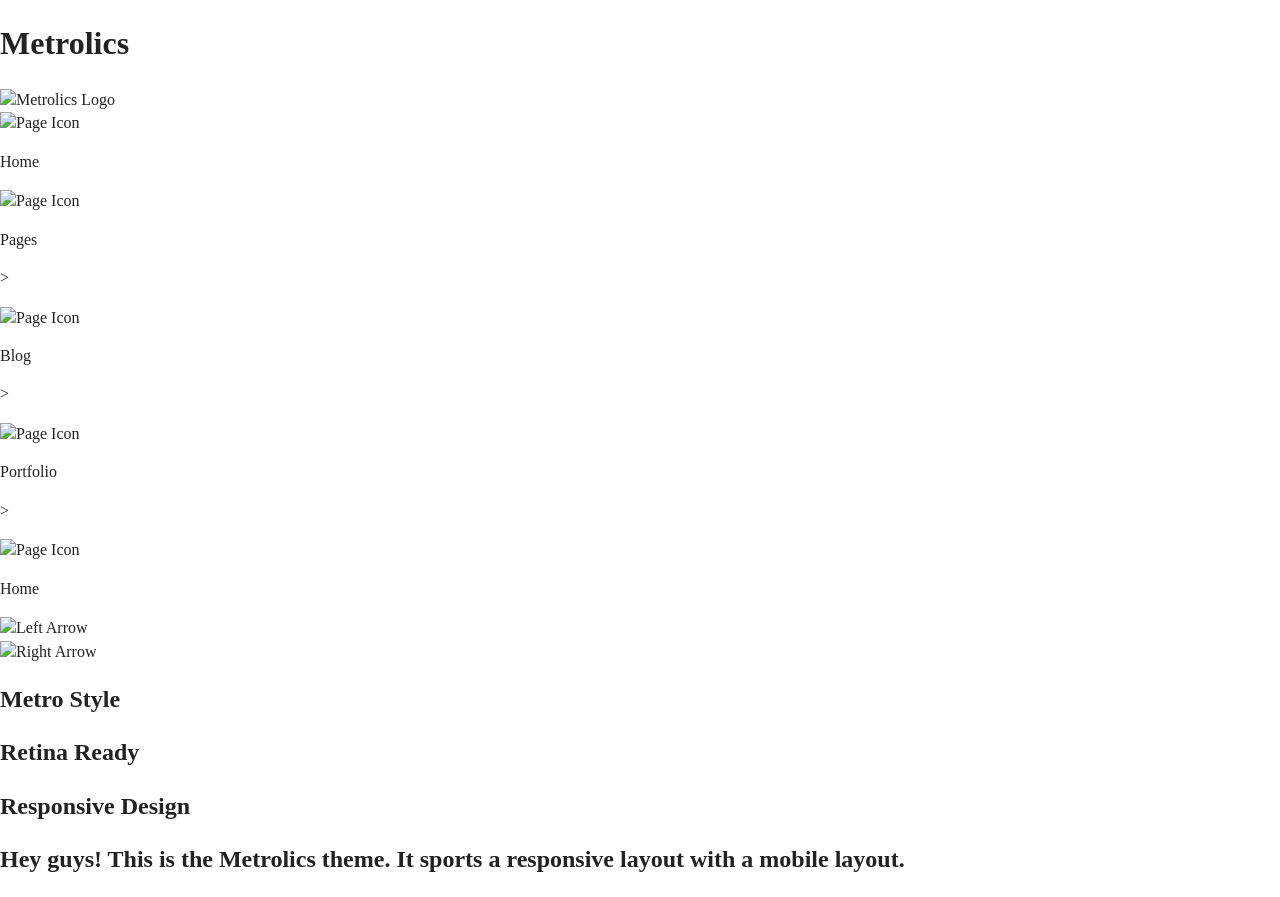
Repository: wilyyy/metrolics
Page: index.html
An editor plug-in stored every save of this project. The page is shown before and after the next save, followed by the edit.
The browser window is 1280 px wide. The pictures show the whole page.

Above is the page before, as saved 2021-01-26 23:16:12.

### index.html
<!doctype html>
<html class="no-js" lang="">

<head>
  <meta charset="utf-8">
  <title>Home - Metrolics</title>
  <meta name="description" content="">
  <meta name="viewport" content="width=device-width, initial-scale=1">

  <meta property="og:title" content="">
  <meta property="og:type" content="">
  <meta property="og:url" content="">
  <meta property="og:image" content="">

  <link rel="manifest" href="site.webmanifest">
  <link rel="apple-touch-icon" href="icon.png">
  <!-- Place favicon.ico in the root directory -->

  <link rel="stylesheet" href="css/normalize.css">
  <link rel="stylesheet" href="css/main.css">

  <meta name="theme-color" content="#fafafa">
</head>

<body>

  <nav>
    <div class="logo">
      <h1 class="logo">Metrolics</h1>
      <img src="" alt="Metrolics Logo">
    </div>

    <div class="pages-container">
      <div class="page-button home">
        <img src="" alt="Page Icon" class="page-button-icon">
        <div>
          <p>Home</p>
        </div>
      </div>
      <div class="page-button pages">
        <img src="" alt="Page Icon" class="page-button-icon">
        <div>
          <p>Pages</p>
          <p>></p>
        </div>
      </div>
      <div class="page-button blog">
        <img src="" alt="Page Icon" class="page-button-icon">
        <div>
          <p>Blog</p>
          <p>></p>
        </div>
      </div>
      <div class="page-button portfolio">
        <img src="" alt="Page Icon" class="page-button-icon">
        <div>
          <p>Portfolio</p>
          <p>></p>
        </div>
      </div>
      <div class="page-button home-darkblue">
        <img src="" alt="Page Icon" class="page-button-icon">
        <div>
          <p>Home</p>
        </div>
      </div>
    </div>
  </nav>


  <header>
    <div class="column"></div>

    <div class="hero-image">
      <div class="arrow-containers">
        <div class="arrows">
          <img src="" alt="Left Arrow">
        </div>
        <div class="arrows">
          <img src="" alt="Right Arrow">
        </div>
      </div>
      <div class="header-info">
        <div class="header-info-container">
          <div class="header-info-indicator indicator-blue"></div>
          <h2>Metro Style</h2>
        </div>
        <div class="header-info-container">
          <div class="header-info-indicator indicator-salmon"></div>
          <h2>Retina Ready</h2>
        </div>
        <div class="header-info-container">
          <div class="header-info-indicator indicator-yellow"></div>
          <h2>Responsive Design</h2>
        </div>
      </div>
    </div>

    <div class="column"></div>
  </header>


  <main>
    <h2>Hey guys! This is the Metrolics theme.
      It sports a responsive layout with a mobile layout.
    </h2>

    <div class="services-container">

    </div>
  </main>


  <footer></footer>


  <script src="js/vendor/modernizr-3.11.2.min.js"></script>
  <script src="js/plugins.js"></script>
  <script src="js/main.js"></script>

  <!-- Google Analytics: change UA-XXXXX-Y to be your site's ID. -->
  <script>
    window.ga = function () { ga.q.push(arguments) }; ga.q = []; ga.l = +new Date;
    ga('create', 'UA-XXXXX-Y', 'auto'); ga('set', 'anonymizeIp', true); ga('set', 'transport', 'beacon'); ga('send', 'pageview')
  </script>
  <script src="https://www.google-analytics.com/analytics.js" async></script>
</body>

</html>

### css/main.css
/*! HTML5 Boilerplate v8.0.0 | MIT License | https://html5boilerplate.com/ */

/* main.css 2.1.0 | MIT License | https://github.com/h5bp/main.css#readme */
/*
 * What follows is the result of much research on cross-browser styling.
 * Credit left inline and big thanks to Nicolas Gallagher, Jonathan Neal,
 * Kroc Camen, and the H5BP dev community and team.
 */

/* ==========================================================================
   Base styles: opinionated defaults
   ========================================================================== */

html {
  color: #222;
  font-size: 1em;
  line-height: 1.4;
}

/*
 * Remove text-shadow in selection highlight:
 * https://twitter.com/miketaylr/status/12228805301
 *
 * Vendor-prefixed and regular ::selection selectors cannot be combined:
 * https://stackoverflow.com/a/16982510/7133471
 *
 * Customize the background color to match your design.
 */

::-moz-selection {
  background: #b3d4fc;
  text-shadow: none;
}

::selection {
  background: #b3d4fc;
  text-shadow: none;
}

/*
 * A better looking default horizontal rule
 */

hr {
  display: block;
  height: 1px;
  border: 0;
  border-top: 1px solid #ccc;
  margin: 1em 0;
  padding: 0;
}

/*
 * Remove the gap between audio, canvas, iframes,
 * images, videos and the bottom of their containers:
 * https://github.com/h5bp/html5-boilerplate/issues/440
 */

audio,
canvas,
iframe,
img,
svg,
video {
  vertical-align: middle;
}

/*
 * Remove default fieldset styles.
 */

fieldset {
  border: 0;
  margin: 0;
  padding: 0;
}

/*
 * Allow only vertical resizing of textareas.
 */

textarea {
  resize: vertical;
}

/* ==========================================================================
   Author's custom styles
   ========================================================================== */

/* ==========================================================================
   Helper classes
   ========================================================================== */

/*
 * Hide visually and from screen readers
 */

.hidden,
[hidden] {
  display: none !important;
}

/*
 * Hide only visually, but have it available for screen readers:
 * https://snook.ca/archives/html_and_css/hiding-content-for-accessibility
 *
 * 1. For long content, line feeds are not interpreted as spaces and small width
 *    causes content to wrap 1 word per line:
 *    https://medium.com/@jessebeach/beware-smushed-off-screen-accessible-text-5952a4c2cbfe
 */

.sr-only {
  border: 0;
  clip: rect(0, 0, 0, 0);
  height: 1px;
  margin: -1px;
  overflow: hidden;
  padding: 0;
  position: absolute;
  white-space: nowrap;
  width: 1px;
  /* 1 */
}

/*
 * Extends the .sr-only class to allow the element
 * to be focusable when navigated to via the keyboard:
 * https://www.drupal.org/node/897638
 */

.sr-only.focusable:active,
.sr-only.focusable:focus {
  clip: auto;
  height: auto;
  margin: 0;
  overflow: visible;
  position: static;
  white-space: inherit;
  width: auto;
}

/*
 * Hide visually and from screen readers, but maintain layout
 */

.invisible {
  visibility: hidden;
}

/*
 * Clearfix: contain floats
 *
 * For modern browsers
 * 1. The space content is one way to avoid an Opera bug when the
 *    `contenteditable` attribute is included anywhere else in the document.
 *    Otherwise it causes space to appear at the top and bottom of elements
 *    that receive the `clearfix` class.
 * 2. The use of `table` rather than `block` is only necessary if using
 *    `:before` to contain the top-margins of child elements.
 */

.clearfix::before,
.clearfix::after {
  content: " ";
  display: table;
}

.clearfix::after {
  clear: both;
}

/* ==========================================================================
   EXAMPLE Media Queries for Responsive Design.
   These examples override the primary ('mobile first') styles.
   Modify as content requires.
   ========================================================================== */

@media only screen and (min-width: 35em) {
  /* Style adjustments for viewports that meet the condition */
}

@media print,
  (-webkit-min-device-pixel-ratio: 1.25),
  (min-resolution: 1.25dppx),
  (min-resolution: 120dpi) {
  /* Style adjustments for high resolution devices */
}

/* ==========================================================================
   Print styles.
   Inlined to avoid the additional HTTP request:
   https://www.phpied.com/delay-loading-your-print-css/
   ========================================================================== */

@media print {
  *,
  *::before,
  *::after {
    background: #fff !important;
    color: #000 !important;
    /* Black prints faster */
    box-shadow: none !important;
    text-shadow: none !important;
  }

  a,
  a:visited {
    text-decoration: underline;
  }

  a[href]::after {
    content: " (" attr(href) ")";
  }

  abbr[title]::after {
    content: " (" attr(title) ")";
  }

  /*
   * Don't show links that are fragment identifiers,
   * or use the `javascript:` pseudo protocol
   */
  a[href^="#"]::after,
  a[href^="javascript:"]::after {
    content: "";
  }

  pre {
    white-space: pre-wrap !important;
  }

  pre,
  blockquote {
    border: 1px solid #999;
    page-break-inside: avoid;
  }

  /*
   * Printing Tables:
   * https://web.archive.org/web/20180815150934/http://css-discuss.incutio.com/wiki/Printing_Tables
   */
  thead {
    display: table-header-group;
  }

  tr,
  img {
    page-break-inside: avoid;
  }

  p,
  h2,
  h3 {
    orphans: 3;
    widows: 3;
  }

  h2,
  h3 {
    page-break-after: avoid;
  }
}

### js/plugins.js
// Avoid `console` errors in browsers that lack a console.
(function() {
  var method;
  var noop = function () {};
  var methods = [
    'assert', 'clear', 'count', 'debug', 'dir', 'dirxml', 'error',
    'exception', 'group', 'groupCollapsed', 'groupEnd', 'info', 'log',
    'markTimeline', 'profile', 'profileEnd', 'table', 'time', 'timeEnd',
    'timeline', 'timelineEnd', 'timeStamp', 'trace', 'warn'
  ];
  var length = methods.length;
  var console = (window.console = window.console || {});

  while (length--) {
    method = methods[length];

    // Only stub undefined methods.
    if (!console[method]) {
      console[method] = noop;
    }
  }
}());

// Place any jQuery/helper plugins in here.

Loaded but not shown: css/normalize.css (library); js/vendor/modernizr-3.11.2.min.js (library); js/main.js (no stored copy; drawn as an empty file)

After the next save:
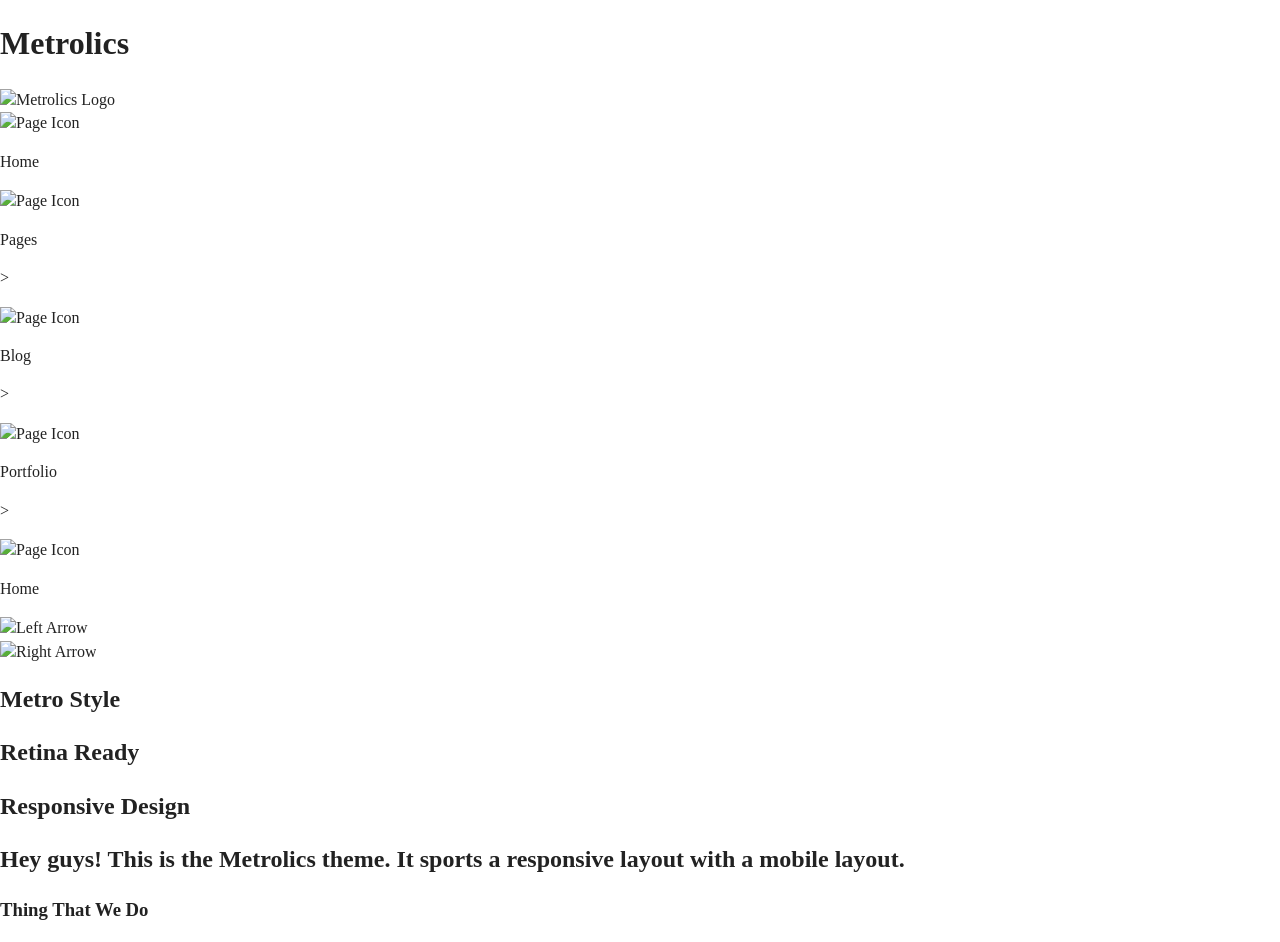
Saved 34 s later.
--- a/index.html
+++ b/index.html
@@ -106,7 +106,7 @@
     </h2>
 
     <div class="services-container">
-
+      <h3>Thing That We Do</h3>
     </div>
   </main>
 
